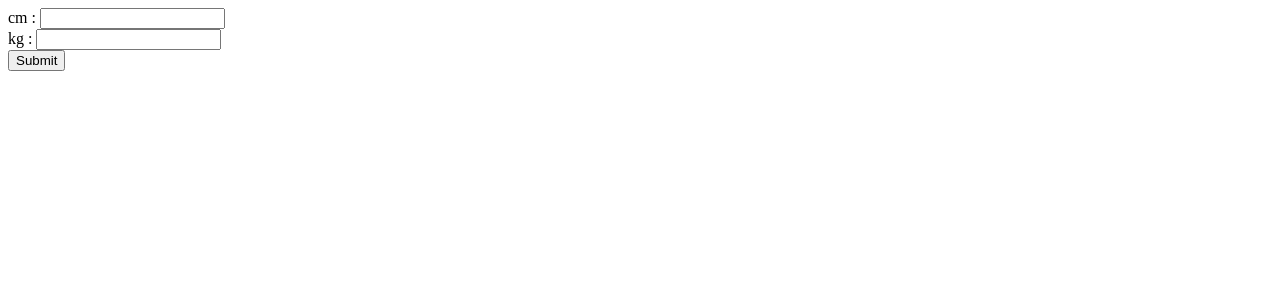
Repository: gowjd4419/jsp
Page: http://localhost/JSPBasic/jspobject/request/req_bmi_form.jsp
These files come from the project's save history. The page is drawn as it stood at one moment and after the next save; the edit follows.
The browser window is 1280 px wide. The pictures show the whole page.
The page is served by Tomcat 9.

Above is the page before, as saved 2022-03-25 08:33:06.

After the next save:
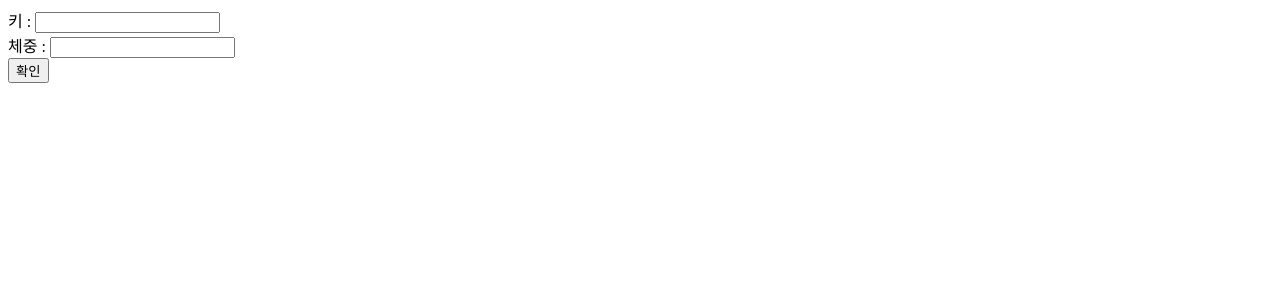
Saved 5 min 35 s later.
--- a/JSPBasic/src/main/webapp/jspobject/request/req_bmi_form.jsp
+++ b/JSPBasic/src/main/webapp/jspobject/request/req_bmi_form.jsp
@@ -15,10 +15,10 @@
       cm, kg이라는 두 개의 이름을 지정해서 input태그를 form 내부에 작성하면 된다.
    4. submit버튼도 만들어 주기
  --%>
- <form action = # method = "get">
-      cm : <input type = "text" name="cm"><br>
-      kg : <input type = "text" name="kg"><br>
-      <input type="submit">
+ <form action = #>
+      키 : <input type = "number" name="cm"><br>
+      체중 : <input type = "text" name="kg"><br>
+      <input type="submit" value="확인">
   </form>
 </body>
 </html>
